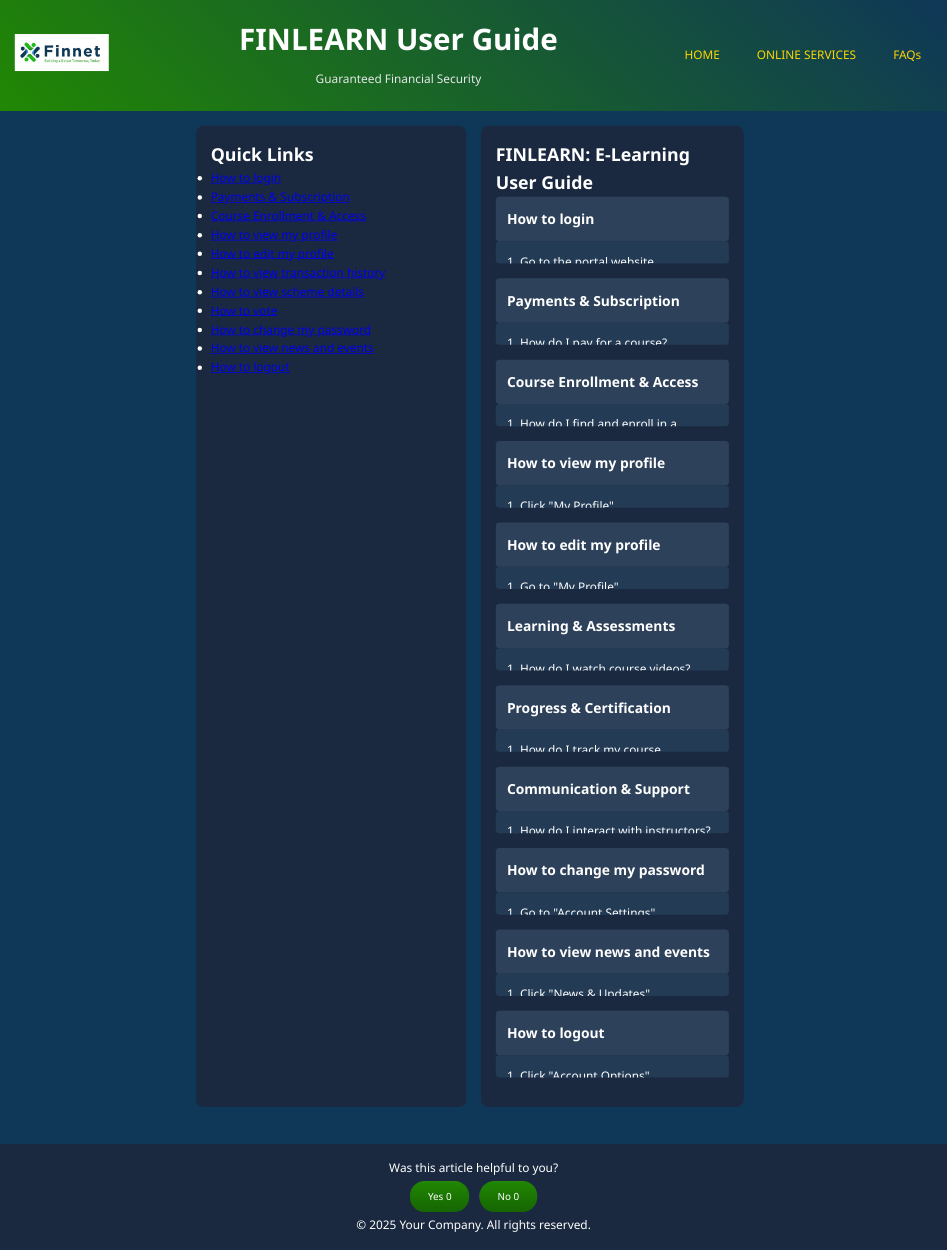
Repository: Ray700/Finnet
Page: index.html
The author's editor kept a copy of each file at every save. The page is drawn from the files as they stood at one save, then again after the next save.
The browser window is 1280 px wide. The pictures show the whole page, at 74% of full size.

Above is the page before, as saved 2025-03-16 15:09:32.

After the next save:
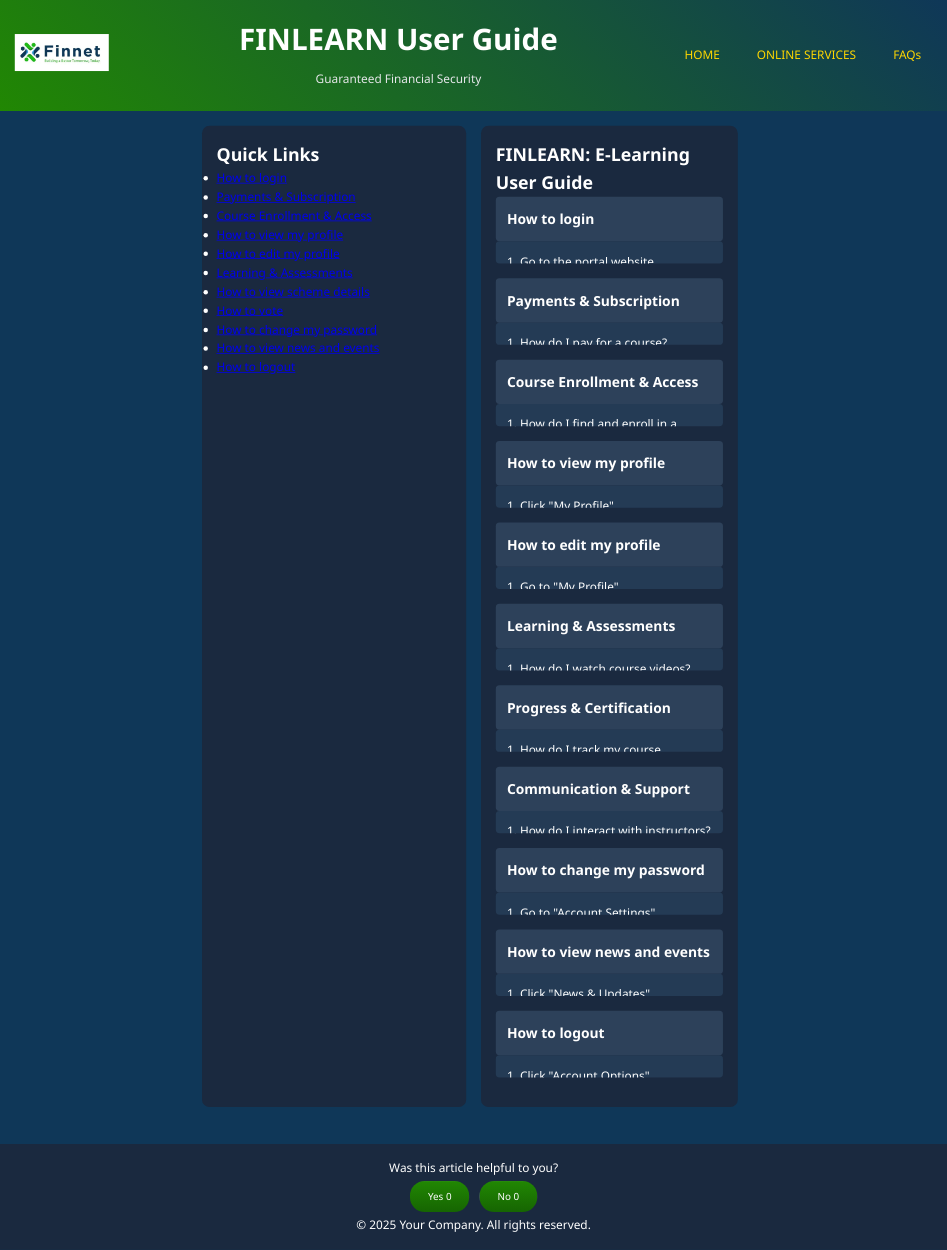
Saved 8 min 35 s later.
--- a/index.html
+++ b/index.html
@@ -208,7 +208,7 @@
                 <li><a href="#" data-target="claimBenefits">Course Enrollment & Access</a></li>
                 <li><a href="#" data-target="viewProfile">How to view my profile</a></li>
                 <li><a href="#" data-target="editProfile">How to edit my profile</a></li>
-                <li><a href="#" data-target="transactionHistory">How to view transaction history</a></li>
+                <li><a href="#" data-target="transactionHistory">Learning & Assessments</a></li>
                 <li><a href="#" data-target="schemeDetails">How to view scheme details</a></li>
                 <li><a href="#" data-target="vote">How to vote</a></li>
                 <li><a href="#" data-target="changePassword">How to change my password</a></li>
